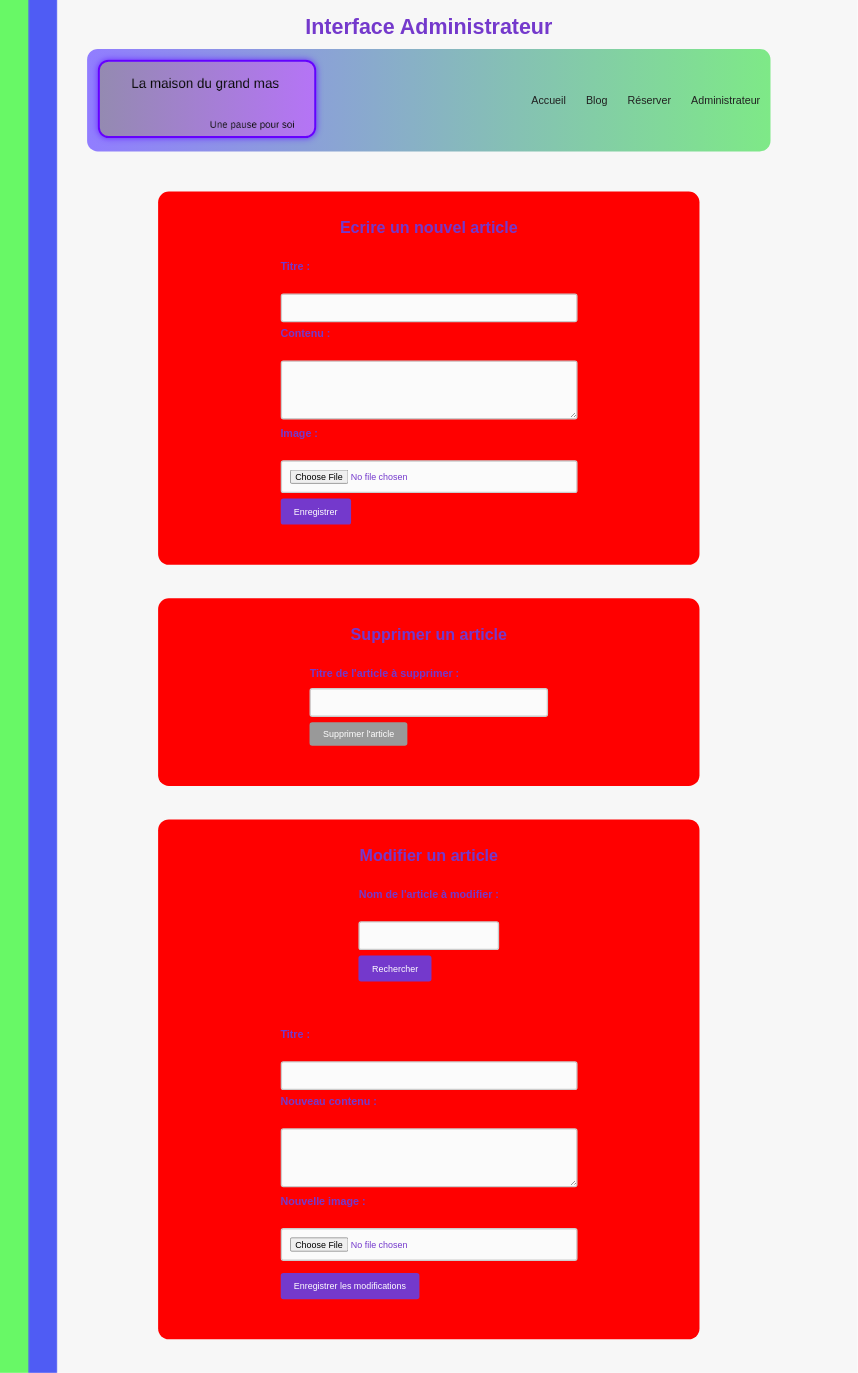
Repository: Crosnierpaul/Les_Rangers_de_Pouvoir
Page: http://localhost/adminBlog
The author's editor kept a copy of each file at every save. The page is drawn from the files as they stood at one save, then again after a run of saves.
The browser window is 1280 px wide. The pictures show the whole page, at 67% of full size.
Backgrounds fixed to the window are drawn as part of the page. The page is served by the project's Node server (site/server.js).

Above is the page before, as saved 2024-05-07 17:02:05.

After the next 4 saves:
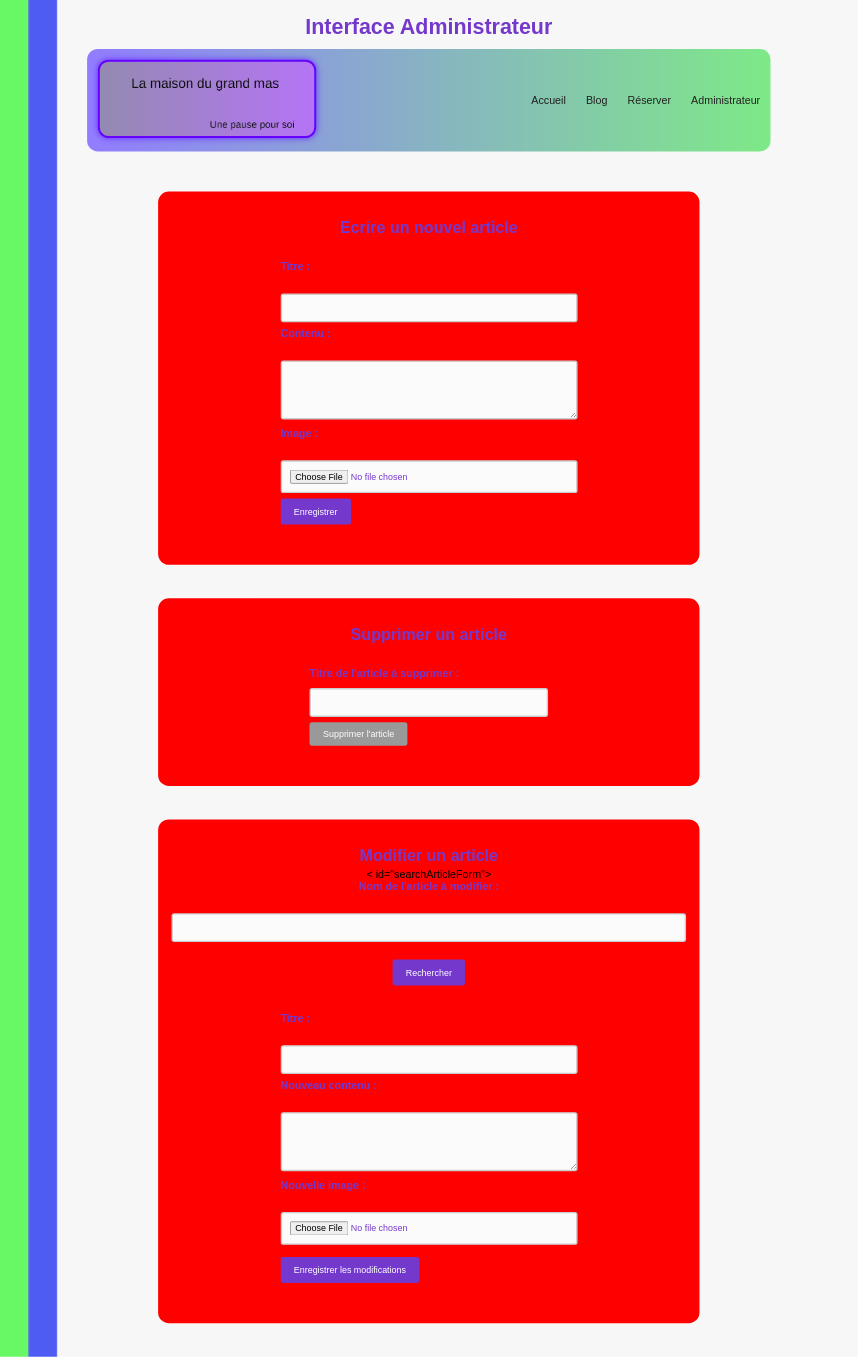
Console error: TypeError: Cannot read properties of null (reading 'addEventListener')
The 4 saves are shown as one change because they came seconds apart.
The last was saved 14 s later.
--- a/site/public/views/blogAdmin.ejs
+++ b/site/public/views/blogAdmin.ejs
@@ -28,7 +28,7 @@
 
     <section class="containerBlog">
         <h2>Supprimer un article</h2>
-         <form id="deleteArticleForm" class="customForm">
+         <form id="deleteArticleForm">
             <label for="articleTitleToDelete">Titre de l'article à supprimer :</label>
             <input type="text" id="articleTitleToDelete" name="articleTitleToDelete">
             <button type="submit">Supprimer l'article</button>
@@ -37,7 +37,7 @@
 
     <section class="containerBlog">
         <h2>Modifier un article</h2>
-        <form id="searchArticleForm" class="customForm">
+        < id="searchArticleForm">
             <label for="searchTitle">Nom de l'article à modifier :</label><br>
             <input type="text" id="searchTitle" name="searchTitle" required><br>
             <input type="submit" value="Rechercher">

After the 3 saves that followed:
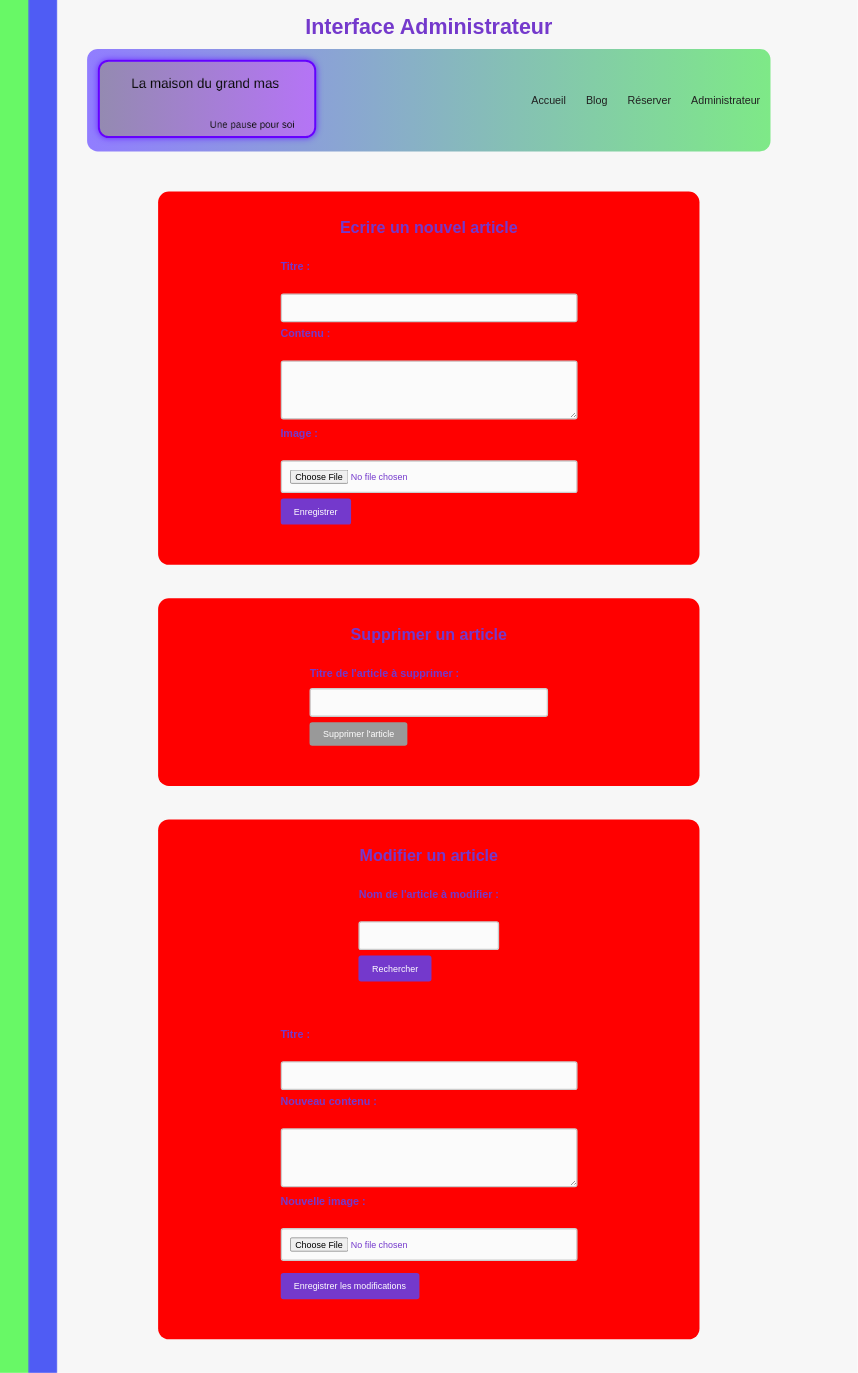
The error is gone.
The 3 saves are shown as one change because they came seconds apart.
The last was saved 10 s later.
--- a/site/public/views/blogAdmin.ejs
+++ b/site/public/views/blogAdmin.ejs
@@ -37,7 +37,7 @@
 
     <section class="containerBlog">
         <h2>Modifier un article</h2>
-        < id="searchArticleForm">
+        <form id="searchArticleForm">
             <label for="searchTitle">Nom de l'article à modifier :</label><br>
             <input type="text" id="searchTitle" name="searchTitle" required><br>
             <input type="submit" value="Rechercher">
